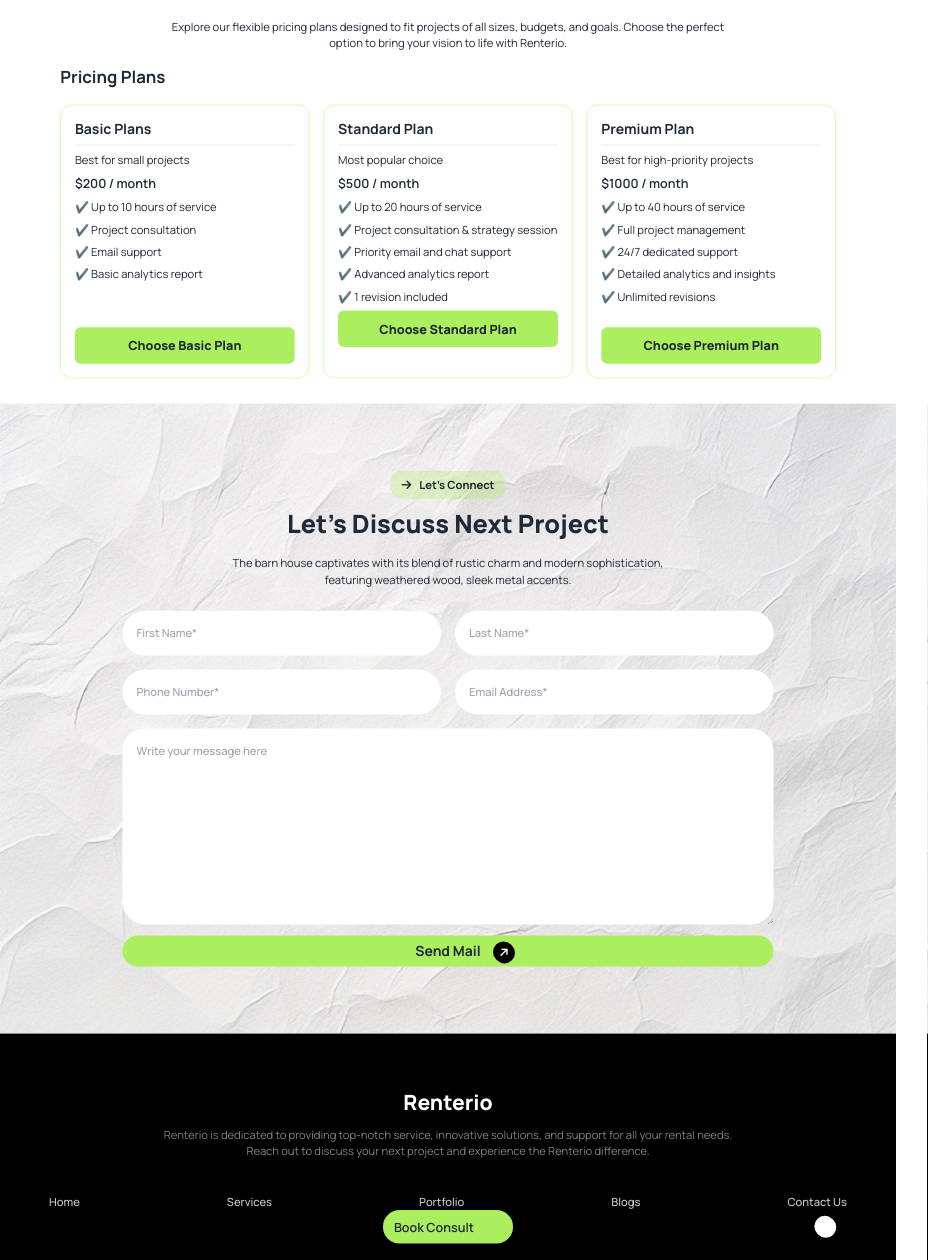
Repository: Tanvir4312/assignment-03
Page: index.html
These files come from the project's save history. The page is drawn as it stood at one moment and after the next save; the edit follows.
The browser window is 1280 px wide. The page is 1325 px wide, so the pictures cover 1325 px, including what lies to the right of the window. The pictures show the part of the page from y = 3182 to 5022 px (the page is 4982 px tall before and 5022 px after), at 70% of full size.
Some web libraries are served in a nearby version.

Above is the page before, as saved 2024-10-30 21:47:55.

### index.html
<!DOCTYPE html>
<html lang="en">

<head>
    <meta charset="UTF-8">
    <meta name="viewport" content="width=device-width, initial-scale=1.0">
    <title>Renterio</title>
    <link rel="stylesheet" href="styles/styles.css">
    <!-- DaisyUI -->
    <link href="https://cdn.jsdelivr.net/npm/daisyui@4.12.14/dist/full.min.css" rel="stylesheet" type="text/css" />
    <script src="https://cdn.tailwindcss.com"></script>
    <!-- Icon -->
    <link rel="stylesheet" href="https://cdnjs.cloudflare.com/ajax/libs/font-awesome/6.6.0/css/all.min.css"
        integrity="sha512-Kc323vGBEqzTmouAECnVceyQqyqdsSiqLQISBL29aUW4U/M7pSPA/gEUZQqv1cwx4OnYxTxve5UMg5GT6L4JJg=="
        crossorigin="anonymous" referrerpolicy="no-referrer" />

    <script>
        tailwind.config = {
            theme: {
                extend: {
                    colors: {
                        clifford: '#da373d',
                        bgBtnColor: '#ABEF5F',
                        btnTextAndWorksTextColor: '#1C1C1C',
                        mainColor: '#212121',
                        secondaryColor: '#494949',

                    }
                }
            }
        }
    </script>
</head>

<body class="manrope-font">
    <header>
        <!-- Navbar -->
        <nav class="container mx-auto">
            <div class="navbar relative py-14">
                <div class="navbar-start">
                    <div class="absolute right-0">
                        <div class="dropdown">
                            <div tabindex="0" role="button"
                                class="btn btn-ghost mr-2 lg:hidden border border-[rgba(233,233,233)] rounded-full bg-[#f9f8f8]">
                                <svg xmlns="http://www.w3.org/2000/svg" class="h-5 w-5" fill="none" viewBox="0 0 24 24"
                                    stroke="currentColor">
                                    <path stroke-linecap="round" stroke-linejoin="round" stroke-width="2"
                                        d="M4 6h16M4 12h8m-8 6h16" />
                                </svg>
                            </div>
                            <div class="absolute -left-20">
                                <ul tabindex=""
                                    class="menu menu-sm dropdown-content bg-base-100 rounded-box z-[1] p-2 shadow w-32">
                                    <li><a>Home</a></li>
                                    <li><a>Services</a></li>
                                    <li><a>Portfolio</a></li>
                                    <li><a>Blogs</a></li>
                                    <li><a>Contact Us</a></li>
                                </ul>
                            </div>
                        </div>
                    </div>
                    <i class="fa-solid fa-arrow-right -rotate-45 bg-bgBtnColor p-2 rounded-full	"></i>
                    <a class="btn btn-ghost font-extrabold text-3xl pl-2">Renterio</a>
                </div>
                <div class="navbar-center hidden lg:flex">
                    <ul class="menu menu-horizontal px-1">
                        <li><a class="font-extrabold">Home</a></li>
                        <li><a>Services</a></li>
                        <li><a>Portfolio</a></li>
                        <li><a>Blogs</a></li>
                        <li><a>Contact Us</a></li>
                    </ul>
                </div>

                <div class="navbar-end hidden md:block">
                    <div class="flex justify-end">
                        <div class="flex items-center gap-3 mr-2">
                            <div class="px-3 py-1 border border-[rgba(233,233,233)] rounded-full bg-[#f9f8f8]">
                                <i class="fa-solid fa-magnifying-glass"></i>
                            </div>
                            <div class="px-3 py-1 border border-[rgba(233,233,233)] rounded-full bg-[#f9f8f8]">
                                <i class="fa-solid fa-cart-shopping"></i>
                            </div>
                        </div>
                        <div class="relative ">
                            <button class="btn bg-bgBtnColor rounded-3xl pr-14 text-lg font-semibold">Book
                                Consult</button>
                            <i
                                class="fa-solid fa-arrow-right -rotate-45 bg-black text-white p-2 rounded-full absolute top-2 right-4 "></i>
                        </div>
                    </div>
                </div>
            </div>
        </nav>
        <!-- Banner -->
        <section class="banner text-center">
            <!-- Banner Image -->
            <div class="flex justify-center px-14">
                <img src="./assets/banner.png" alt="">
            </div>
            <!-- Banner Text -->
            <div class="mt-6">
                <h1 class="text-3xl md:text-6xl font-extrabold md:leading-[80px]">A barn house of this design
                    has a <br>striking appearance
                </h1>
                <p class="mt-6 mb-8 px-5">The barn house captivates with its blend of rustic charm and modern
                    sophistication,
                    featuring weathered wood, sleek metal <br> accents, and large windows that flood the space with
                    natural light.</p>
                <!-- Banner Button -->
                <div class="relative flex px-2 md:justify-center md:items-center">
                    <div class="w-full text-start md:text-center">
                        <button
                            class="btn border border-[rgba(171,239,95)] bg-[rgba(171,239,95,0.5)] rounded-3xl mainColor text-xl font-extrabold pr-14 l w-full md:w-52">View
                            Details</button>
                    </div>
                    <div>
                        <i
                            class="fa-solid fa-arrow-right -rotate-45 bg-bgBtnColor p-2 rounded-full absolute bottom-2 right-[590px]"></i>

                        <i
                            class="md:hidden absolute top-3 right-20 fa-solid fa-arrow-right -rotate-45 bg-bgBtnColor p-2 rounded-full"></i>
                    </div>
                </div>
            </div>
        </section>
    </header>

    <main class="bg-[#F4F4F4]">
        <!-- Commercial and Residential Section -->
        <section class="bg-[#F4F4F4] md:my-24 my-5 pt-7 pb-5 md:pb-20">
            <!-- Vector Image -->
            <img class="hidden md:block border-dashed border-2 border-slate-300 py-7 ml-9" src="./assets/Vector.png"
                alt="">
            <div class="md:w-[1140px] mx-auto grid md:grid-cols-2 grid-cols-1 gap-5 p-4 md:p-0">
                <div>
                    <!-- About Us Button -->
                    <div class="flex justify-center md:flex-col">
                        <div class="bg-white w-32 py-2 px-4 rounded-2xl">
                            <i class="fa-solid fa-arrow-right pr-2"></i>
                            <button class="font-bold">About Us</button>
                        </div>
                    </div>
                    <!-- Text -->
                    <div class="mt-4 md:text-start text-center">
                        <h1 class="text-2xl md:text-4xl font-bold mainColor mb-6">We design thoughtful, <br> liveable
                            spaces
                        </h1>
                        <p class="secondaryColor">The barn house captivates with its blend of rustic charm and
                            modern sophistication, featuring weathered wood, sleek metal accents.</p>
                    </div>

                    <div class="flex md:items-center gap-5 my-6 bg-white p-6 rounded-2xl">
                        <!-- Image -->
                        <div>
                            <img src="./assets/commercial.png" alt="">
                        </div>
                        <!-- Text -->
                        <div>
                            <h3 class="text-xl font-extrabold">Commercial</h3>
                            <p><small>The barn house captivates with its blend <br> of rustic charm and modern.</small>
                            </p>
                        </div>
                    </div>
                    <div class="flex md:items-center gap-5 bg-white p-6 rounded-2xl">
                        <!-- Image -->
                        <div>
                            <img src="./assets/residential.png" alt="">
                        </div>
                        <!-- Text -->
                        <div>
                            <h3 class="text-xl font-extrabold">Residential</h3>
                            <p><small>The barn house captivates with its blend <br> of rustic charm and modern.</small>
                            </p>
                        </div>
                    </div>

                </div>
                <!-- Image -->
                <div>
                    <img class="h-60 w-full md:h-[500px]" src="./assets/Rectangle.png" alt="">
                </div>
            </div>
        </section>
        <!-- Works Process section -->
        <section class="md:w-[1140px] mx-auto px-4 md:px-0 md:pb-24">
            <!-- Works Button -->
            <div class="flex justify-center">
                <div class="bg-white py-2 px-4 rounded-2xl">
                    <i class="fa-solid fa-arrow-right pr-2"></i>
                    <button class="font-bold">How We Works</button>
                </div>
            </div>
            <!-- Text -->
            <div class="text-center">
                <h1 class="py-4 md:py-6 text-2xl md:text-4xl font-bold">Our Works Process</h1>
                <p>The barn house captivates with its blend of rustic charm and modern sophistication, <br> featuring
                    weathered wood, sleek metal accents.</p>
            </div>
            <!-- Card -->
            <div class="card grid grid-cols-1 md:grid-cols-4 gap-4 my-8">
                <div class="bg-[rgba(231,193,211)] rounded-2xl p-5">
                    <img src="./assets/concept.png" alt="">
                    <h4 class="py-2 text-xl font-bold">Concept</h4>
                    <p>The barn house captivates with its blend of rustic charm and modern.</p>
                </div>
                <div class="bg-[rgba(239,218,110)] rounded-2xl p-5">
                    <img src="./assets/flow-chart.png" alt="">
                    <h4 class="py-2 text-xl font-bold">Design Process</h4>
                    <p>The barn house captivates with its blend of rustic charm and modern.</p>
                </div>
                <div class="bg-[rgba(164,218,195)] rounded-2xl p-5">
                    <img src="./assets/concept.png" alt="">
                    <h4 class="py-2 text-xl font-bold">Supervision</h4>
                    <p>The barn house captivates with its blend of rustic charm and modern.</p>
                </div>
                <div class="bg-[rgba(119,170,234)] rounded-2xl p-5">
                    <img src="./assets/concept.png" alt="">
                    <h4 class="py-2 text-xl font-bold">Budget Planning</h4>
                    <p>The barn house captivates with its blend of rustic charm and modern.</p>
                </div>
            </div>
        </section>
        <!-- Latest Portfolio Section -->
        <section class="md:bg-white">
            <div class=" md:w-[1140px] mx-auto py-6 px-4 md:pt-20">
                <!-- Latest Works Button -->
                <div class="flex justify-center">
                    <div class="bg-[rgba(171,239,95,0.2)] py-2 px-4 rounded-2xl">
                        <i class="fa-solid fa-arrow-right pr-2"></i>
                        <button class="font-bold">Explore our Latest works</button>
                    </div>
                </div>
                <!-- Text -->
                <div class="text-center">
                    <h1 class="pt-4 pb-6 md:text-4xl text-2xl font-bold">Our Latest Portfolio</h1>
                    <p>The barn house captivates with its blend of rustic charm and modern sophistication, <br>
                        featuring
                        weathered wood, sleek metal accents.</p>
                </div>
                <!-- Latest Portfolio Card First Row -->
                <div class="pt-8 grid grid-cols-1 md:grid-cols-3 gap-5">
                    <!-- First Card -->
                    <div class="md:col-span-2 rounded-2xl ">
                        <div class="md:flex gap-6 border border-[rgba(233,233,233)] rounded-2xl p-5 bg-white">
                            <img src="./assets/img1.png" alt="">
                            <div>
                                <h3 class="text-2xl font-extrabold">Commercial</h3>
                                <p class="pt-4 pb-6">The barn house captivates with its blend of rustic charm and
                                    modern. The barn house
                                    captivates with its blend of rustic charm and modern .</p>

                                <a class="text-xl font-extrabold pr-1" href="">View Details</a>
                                <i class="fa-solid fa-arrow-right -rotate-45 bg-bgBtnColor p-2 rounded-full	"></i>
                            </div>
                        </div>
                    </div>
                    <!-- Second Card -->
                    <div class="border border-[rgba(233,233,233)] rounded-2xl p-5 bg-white">
                        <img src="./assets/img2.png" alt="">
                    </div>

                </div>
                <!-- Latest Portfolio Card Second Row -->
                <div class="grid grid-cols-1 md:grid-cols-4 gap-5 mt-5">
                    <!-- First Card -->
                    <div class="border border-[rgba(233,233,233)] rounded-2xl p-5 bg-white">
                        <img class="h-full w-full" src="./assets/img3.png" alt="">
                    </div>
                    <!-- Second Card -->
                    <div class="md:col-span-2 rounded-2xl ">
                        <div class="md:flex gap-6 border border-[rgba(233,233,233)] rounded-2xl p-5 bg-white">
                            <img src="./assets/img4.png" alt="">
                            <div>
                                <h3 class="text-2xl font-extrabold">Commercial</h3>
                                <p class="pt-4 pb-6">The barn house captivates with its blend of rustic charm and
                                    modern.</p>

                                <a class="text-xl font-extrabold pr-1" href="">View Details</a>
                                <i class="fa-solid fa-arrow-right -rotate-45 bg-bgBtnColor p-2 rounded-full	"></i>
                            </div>
                        </div>
                    </div>
                    <!-- Third Card -->
                    <div class="border border-[rgba(233,233,233)] rounded-2xl p-5 bg-white">
                        <img class="h-full w-full" src="./assets/img5.png" alt="">
                    </div>

                </div>
            </div>
        </section>
        <!-- Perfect Plan Section -->
        <section class="md:bg-white">
            <div class="md:w-[1140px] mx-auto py-6 px-4 md:pt-20">
                <!-- Text -->
                <div class="text-center">
                    <h1 class="text-2xl md:text-4xl font-extrabold">Choose the Perfect Plan for Your Needs</h1>
                    <p class="py-5">Explore our flexible pricing plans designed to fit projects of all sizes, budgets,
                        and goals. Choose the perfect <br> option to bring your vision to life with Renterio.</p>
                </div>
                <p class="text-2xl font-bold pb-6">Pricing Plans</p>
                <!-- Cards -->
                <div class="grid grid-cols-1 md:grid-cols-3 gap-5">
                    <!-- Card-01 -->
                    <div class="border border-[#bdfe8b] p-5 rounded-2xl bg-white">
                        <div class="space-y-2">
                            <h3 class="text-xl font-bold">Basic Plans</h3>
                            <hr>
                            <p>Best for small projects</p>
                            <h5 class="text-lg font-semibold">$200 / month</h5>
                            <li class="list-none">✔️ Up to 10 hours of service</li>
                            <li class="list-none">✔️ Project consultation</li>
                            <li class="list-none">✔️ Email support</li>
                            <li class="list-none">✔️ Basic analytics report</li>
                        </div>

                        <button class="bg-bgBtnColor p-3 rounded-lg text-lg font-extrabold mt-16 w-full">Choose
                            Basic Plan</button>

                    </div>
                    <!-- Card-02 -->
                    <div class="border border-[#bdfe8b] p-5 rounded-2xl bg-white">
                        <div class="space-y-2">
                            <h3 class="text-xl font-bold">Standard Plan</h3>
                            <hr>
                            <p>Most popular choice</p>
                            <h5 class="text-lg font-semibold">$500 / month</h5>
                            <li class="list-none">✔️ Up to 20 hours of service</li>
                            <li class="list-none">✔️ Project consultation & strategy session</li>
                            <li class="list-none">✔️ Priority email and chat support</li>
                            <li class="list-none">✔️ Advanced analytics report</li>
                            <li class="list-none">✔️ 1 revision included</li>
                        </div>

                        <button class="bg-bgBtnColor p-3 rounded-lg text-lg font-extrabold mt-2 w-full">Choose Standard
                            Plan</button>

                    </div>
                    <!-- Card-03 -->
                    <div class="border border-[#bdfe8b] p-5 rounded-2xl bg-white">
                        <div class="space-y-2">
                            <h3 class="text-xl font-bold">Premium Plan</h3>
                            <hr>
                            <p>Best for high-priority projects</p>
                            <h5 class="text-lg font-semibold">$1000 / month</h5>
                            <li class="list-none">✔️ Up to 40 hours of service</li>
                            <li class="list-none">✔️ Full project management</li>
                            <li class="list-none">✔️ 24/7 dedicated support</li>
                            <li class="list-none">✔️ Detailed analytics and insights</li>
                            <li class="list-none">✔️ Unlimited revisions</li>
                        </div>

                        <button class="bg-bgBtnColor p-3 rounded-lg text-lg font-extrabold mt-8 w-full">Choose Premium
                            Plan</button>

                    </div>
                </div>
            </div>
        </section>
    </main>
    <!-- Next Project Section -->
    <section class="next-project mt-3">
        <div class=" md:w-[970px] mx-auto py-7 md:py-24 px-5">
            <!-- Button -->
            <div class="flex justify-center">
                <div class="bg-[rgba(171,239,95,0.3)] py-2 px-4 rounded-2xl">
                    <i class="fa-solid fa-arrow-right pr-2"></i>
                    <button class="font-bold">Let’s Connect</button>
                </div>
            </div>
            <!-- Text -->
            <div class="text-center">
                <h1 class="text-2xl md:text-4xl font-extrabold pt-4">Let’s Discuss Next Project</h1>
                <p class="pt-6 pb-8">The barn house captivates with its blend of rustic charm and modern sophistication,
                    <br> featuring weathered wood, sleek metal accents.
                </p>
            </div>
            <!-- Input Field -->
            <div class="grid grid-cols-1 md:grid-cols-2 gap-5">
                <input class="p-5 rounded-[64px]" type="text" name="" id="" placeholder="First Name*">
                <input class="p-5 rounded-[64px]" type="text" name="" id="" placeholder="Last Name*">
                <input class="p-5 rounded-[64px]" type="text" name="" id="" placeholder="Phone Number*">
                <input class="p-5 rounded-[64px]" type="text" name="" id="" placeholder="Email Address*">
                <textarea class="md:col-span-2 p-5 rounded-[32px]" name="" id="" cols="30" rows="10"
                    placeholder="Write your message here"></textarea>
            </div>
            <!-- Button -->
            <div class="relative">
                <button class="bg-bgBtnColor w-full text-xl font-bold py-2 rounded-[32px] mt-4">Send Mail</button>
                <i
                    class="fa-solid fa-arrow-right -rotate-45 bg-black text-white p-2 rounded-full md:absolute md:top-6 md:right-[370px] hidden md:block"></i>
                <i
                    class="fa-solid fa-arrow-right -rotate-45 bg-black text-white p-2 rounded-full absolute top-6 right-14 md:hidden"></i>
            </div>
        </div>
    </section>

    <footer class="bg-black">
        <div class="md:w-[1140px] mx-auto py-6">
            <div class="text-center text-white">
                <h1 class="text-xl md:text-3xl font-extrabold pt-14">Renterio</h1>
                <p class="pt-4 pb-12 opacity-50">Renterio is dedicated to providing top-notch service, innovative solutions, and support for all your rental needs. <br> Reach out to discuss your next project and experience the Renterio difference.</p>
            </div>
            <div class="md:flex  justify-between text-white font-medium opacity-80">
                <p><a href="">Home</a></p>
                <p><a href="">Services</a></p>
                <p><a href="">Portfolio</a></p>
                <p><a href="">Blogs</a></p>
                <p><a href="">Contact Us</a></p>
            </div>

            <div class="relative ">
                <div class="flex justify-center">
                    <button class="btn bg-bgBtnColor rounded-3xl pr-14 text-lg font-semibold border-none">Book
                        Consult</button>
                </div>
                <i
                    class="fa-solid fa-arrow-right -rotate-45 bg-white text-white p-2 rounded-full absolute top-2 right-4 "></i>
            </div>

        </div>
    </footer>
</body>

</html>

### styles/styles.css
/* Font */
@import url('https://fonts.googleapis.com/css2?family=Manrope:wght@200..800&display=swap');


.manrope-font {
  font-family: "Manrope", sans-serif;
}

/* Next Project Section */
.next-project{
  background-image: url('/assets/bg.jpg');
  background-repeat: no-repeat;
  background-position: center;
  background-size: cover;
}

::placeholder{
  font-weight: 500;

}

After the next save:
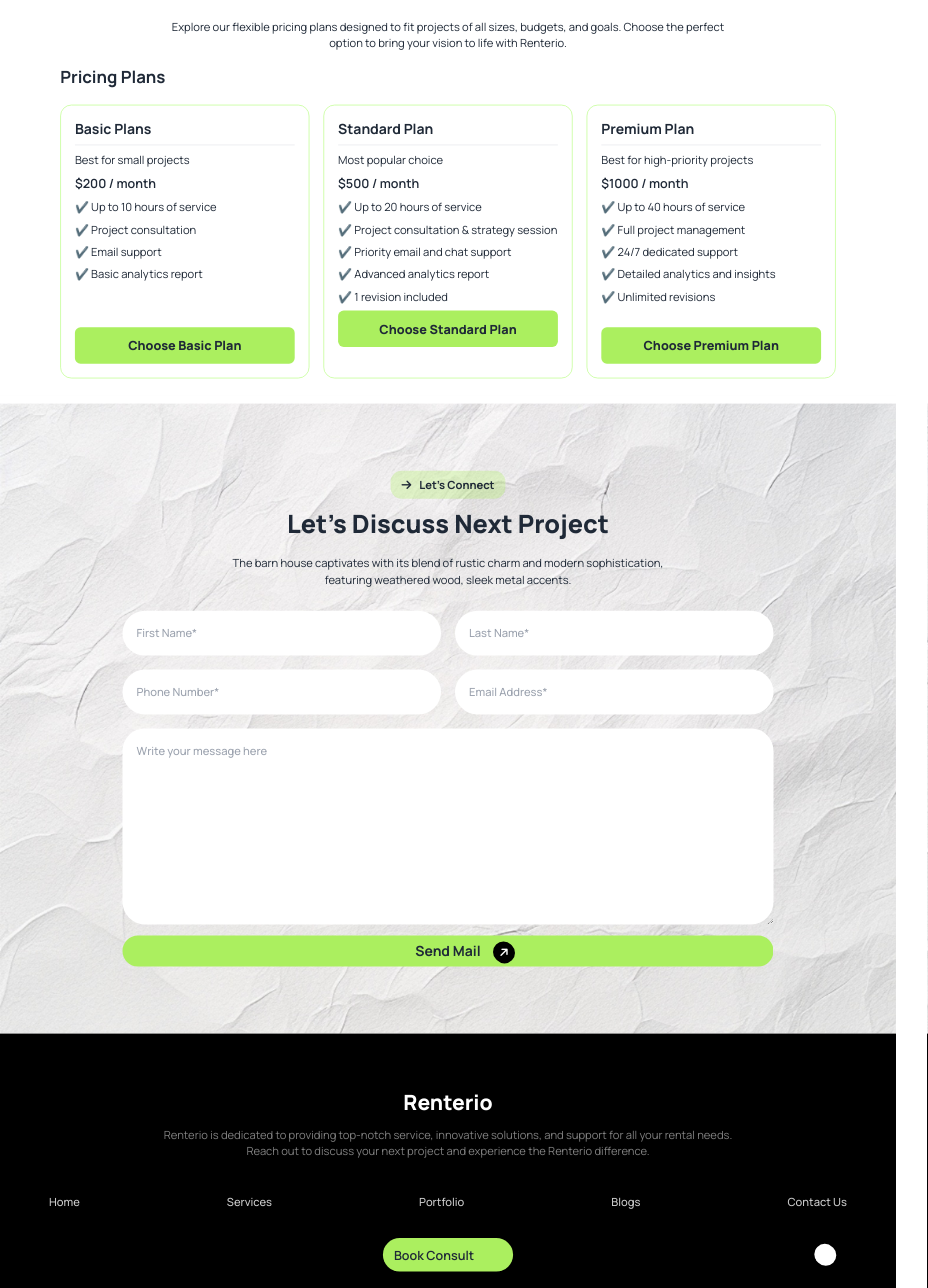
Saved 13 s later.
--- a/index.html
+++ b/index.html
@@ -411,7 +411,7 @@
             </div>
 
             <div class="relative ">
-                <div class="flex justify-center">
+                <div class="flex justify-center mt-10">
                     <button class="btn bg-bgBtnColor rounded-3xl pr-14 text-lg font-semibold border-none">Book
                         Consult</button>
                 </div>
